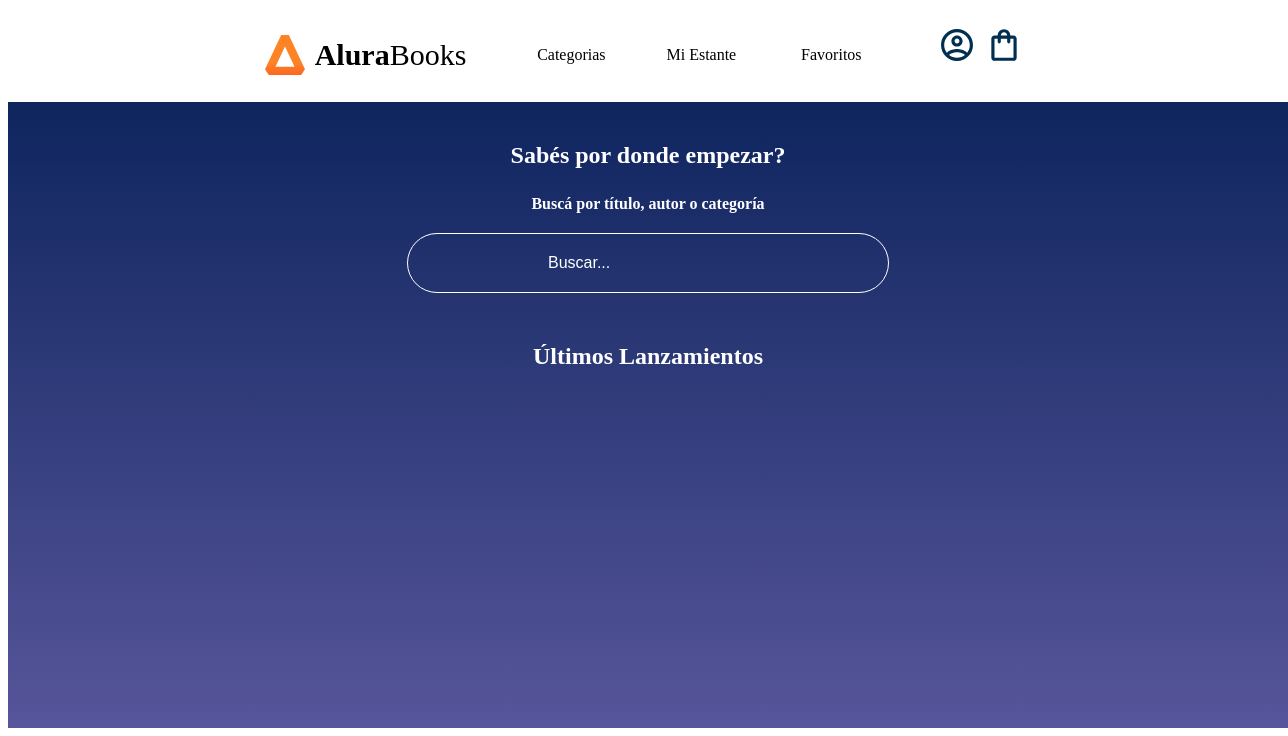
Repository: SandroG1977/Alura.Books
Page: /
The author's editor kept a copy of each file at every save. The page is drawn from the files as they stood at one save, then again after the next save.
The browser window is 1280 px wide. The page is 1288 px wide, so the pictures cover 1288 px, including what lies to the right of the window. The pictures show the whole page.
The project was rebuilt for these pictures with package versions that can differ from the ones it lists, and the page was loaded fresh each time.

Above is the page before, as saved 2026-04-09 17:24:00.

### src/index.js
import React from 'react';
import ReactDOM from 'react-dom/client';
import App from './App';
import reportWebVitals from './reportWebVitals';
import { createGlobalStyle } from 'styled-components';

const GlobalStyle = createGlobalStyle`
    body {
      margin: 0;
      font-family: -apple-system, BlinkMacSystemFont, 'Segoe UI', 'Roboto', 'Oxygen',
        'Ubuntu', 'Cantarell', 'Fira Sans', 'Droid Sans', 'Helvetica Neue',
        sans-serif;
      -webkit-font-smoothing: antialiased;
      -moz-osx-font-smoothing: grayscale;
    }

    code {
      font-family: source-code-pro, Menlo, Monaco, Consolas, 'Courier New',
        monospace;
    }

    li{
      list-style: none;
    }
`;

const root = ReactDOM.createRoot(document.getElementById('root'));
root.render(
  <React.StrictMode>
    <App />
  </React.StrictMode>
);

// If you want to start measuring performance in your app, pass a function
// to log results (for example: reportWebVitals(console.log))
// or send to an analytics endpoint. Learn more: https://bit.ly/CRA-vitals
reportWebVitals();

### src/App.js
import styled from 'styled-components';
import Header from './components/Header';
import Search from './components/Search';
import UltimosLanzamientos from './components/UltimoLanzamientos';

const AppContainer = styled.div`
  width: 100vw;
  height: 100vh;
  background-image: linear-gradient(to bottom, #031e55, #57559b);


li{
    list-style: none;
}
`;

function App() {
  return (
    <AppContainer>
      <Header />
      <Search />
      <UltimosLanzamientos />
    </AppContainer>
  );
}

export default App;

### src/components/Header/index.js
import Logo from '../logo';
import OptionsHeader from '../OptionsHeader';
import IconesHeader from '../IconosHeader';
import styled from 'styled-components';

const HeaderContainer = styled.header`
    background-color: white;
    display: flex;
    justify-content: center;
`;

function Header() {
    return (
        <HeaderContainer>
            <Logo />
            <OptionsHeader />
            <IconesHeader />
        </HeaderContainer>
    );
}

export default Header;

### src/components/Search/index.js
import { useState } from 'react';
import Input from '../Input';
import styled from 'styled-components';

import livro from '../../images/livro.png'

export const livros = [
    { nome: 'Liderança em Design', id: 1, src: livro },
    { nome: 'JavaScript Assertivo', id: 2, src: livro },
    { nome: 'Cangaceiro em JavaScript', id: 3, src: livro },
    { nome: 'Aventureiros do Java', id: 4, src: livro },
]

const SearchContainer = styled.section`
    display: flex;
    flex-direction: column;
    align-items: center;
    justify-content: center;
    padding: 20px;
`;

const Titulo = styled.h2`
    font-size: 24px;
    color: #FFF;
    margin-bottom: 10px;
`;

const Subtitulo = styled.h3`
    font-size: 16px;
    color: #FFF;
    margin-bottom: 20px;
`;

const ResultadosContainer = styled.div`
    display: flex;
    justify-content: center;
    align-items: center;
    margin-bottom: 20px;
    gap: 20px;
    cursor: pointer;

    img {
        width: 100px;
    }

    p { width: 200px; text-align: center; color: #FFF; }

    &:hover {
            transform: scale(1.05);
            transition: transform 0.2s ease-in-out;
        border: 1px solid white;
    }
`;

function Search() {
    const [librosEncontrados, setLibrosEncontrados] = useState([]);
    return (
        <SearchContainer>
            <Titulo>Sabés por donde empezar?</Titulo>
            <Subtitulo>Buscá por título, autor o categoría</Subtitulo>
            <Input
                placeholder="Buscar..."
                onBlur={event => {

                    const query = event.target.value.toLowerCase();
                    const encontrados = livros.filter(livro =>
                        livro.nome.toLowerCase().includes(query)
                    );
                    setLibrosEncontrados(encontrados);
                }
                }
            />
            {librosEncontrados.map(livro => {
                return (
                    <ResultadosContainer key={livro.id}>
                        <img src={livro.src} alt={livro.nome} /><p>{livro.nome}</p>

                    </ResultadosContainer>
                );
            })}

        </SearchContainer>
    );
}

export default Search;

### src/components/UltimoLanzamientos/index.js
import styled from 'styled-components';

import livro from '../../images/livro2.png';

export const livros = [
    { nome: 'Liderança em Design', src: livro, id: 1 },
    { nome: 'Cangaceiro JavaScript', src: livro, id: 3 },
    { nome: 'Apache Kafka e Spring Boot', src: livro, id: 4 }
]

const Titulo = styled.h2`
    font-size: 24px;
    color: #FFF;
    margin-bottom: 10px;
    text-align: center;
`;

const LibroContainer = styled.section`
    display: flex;
    justify-content: center;
    align-items: flex-start;
    flex-direction: row;
    margin-bottom: 20px;
    gap: 20px;
    color: #FFF;
    img {
        width: 100px;
    }

    p { width: 200px; text-align: center; color: #FFF; }
`;

function UltimosLanzamientos() {
    return (
        <section>
            <Titulo >Últimos Lanzamientos</Titulo>
            {livros.map(livro => {
                return
                (
                    <img src={livro.src} alt={livro.nome} />
                );
            })}
        </section>
    );
}

export default UltimosLanzamientos;

### src/components/logo/index.js
import logo from '../../images/logo.svg';
import styled from 'styled-components';

const LogoContainer = styled.div`
    display: flex;
    font-size: 30px;
    margin-left: 5px;
`;

const LogoImage = styled.img`
    width: 40px;
    margin-right: 10px;
`;


function Logo() {
    return (
        <LogoContainer>
            <LogoImage src={logo} alt="Logo Alura Books" />
            <p><strong>Alura</strong>Books</p>
        </LogoContainer>
    );
}

export default Logo;

### src/components/OptionsHeader/index.js

import styled from 'styled-components';

const OpcionesContainer = styled.ul`
    display: flex;
`;

const Opcion = styled.li`
    font-size: 16px;
    display: flex;
    justify-content: center;
    align-items: center;
    text-align: center;
    height: 100%;
    padding: 0 5px;
    cursor: pointer;
    min-width: 120px;
`;



const textoOpciones = ['Categorias', 'Mi Estante', 'Favoritos'];


function OptionsHeader() {
    return (
        <OpcionesContainer>
            {textoOpciones.map((opcion, index) => (
                <Opcion key={index}><p>{opcion}</p></Opcion>
            ))}
        </OpcionesContainer>
    );
}

export default OptionsHeader;

### src/components/IconosHeader/index.js
import perfil from '../../images/perfil.svg';
import carrito from '../../images/sacola.svg';
import styled from 'styled-components';

const IconosContainer = styled.ul`
    display: flex;
`;

const Icono = styled.li`
    width: 40px;
    margin:5px;
`;

const iconosOpciones = [perfil, carrito];

function IconesHeader() {
    return (
        <IconosContainer>
            {iconosOpciones.map((icono, index) => (
                <Icono><img src={icono} alt={`Icono ${index}`} /></Icono>
            ))}
        </IconosContainer>
    );
}

export default IconesHeader;

### src/components/Input/index.js
import syled from 'styled-components';

const Input = syled.input`
    border: 1px solid #FFF;
    background: transparent;
    border: 1px solid #FFF;
    padding: 20px 140px;
    border-radius: 50px;
    width: 200px;
    color: #FFF;
    font-size: 16px;
    margin-bottom: 10px;

    &::placeholder {
            color: #FFF;
            font-size: 16px;
    }
`;


export default Input;

Loaded but not shown: public/index.html (common file); src/reportWebVitals.js (common file)

After the next save:
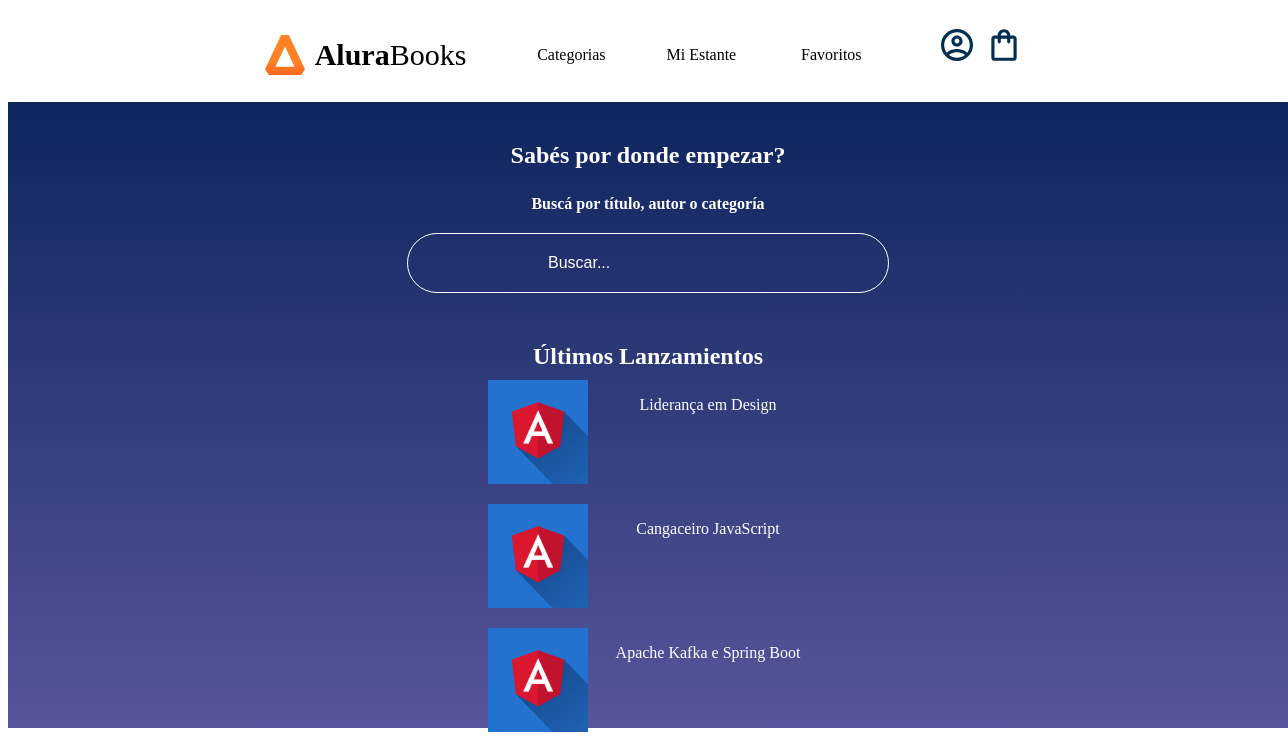
Saved 25 s later.
--- a/src/components/UltimoLanzamientos/index.js
+++ b/src/components/UltimoLanzamientos/index.js
@@ -15,14 +15,14 @@
     text-align: center;
 `;
 
-const LibroContainer = styled.section`
+const LibroContainer = styled.div`
     display: flex;
     justify-content: center;
     align-items: flex-start;
     flex-direction: row;
     margin-bottom: 20px;
     gap: 20px;
-    color: #FFF;
+
     img {
         width: 100px;
     }
@@ -33,11 +33,13 @@
 function UltimosLanzamientos() {
     return (
         <section>
-            <Titulo >Últimos Lanzamientos</Titulo>
+            <Titulo>Últimos Lanzamientos</Titulo>
             {livros.map(livro => {
-                return
-                (
-                    <img src={livro.src} alt={livro.nome} />
+                return (
+                    <LibroContainer key={livro.id}>
+                        <img src={livro.src} alt={livro.nome} />
+                        <p>{livro.nome}</p>
+                    </LibroContainer>
                 );
             })}
         </section>
